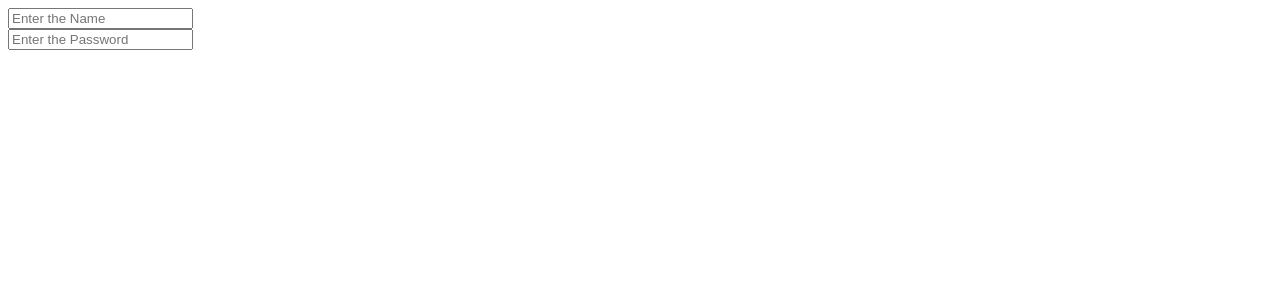
Repository: RishabhUmredkar/Adv-Java
Page: ServletMethods/src/main/webapp/index.html
These files come from the project's save history. The page is drawn as it stood at one moment and after the next save; the edit follows.
The browser window is 1280 px wide. The pictures show the whole page.

Above is the page before, as saved 2025-01-13 19:04:58.

After the next save:
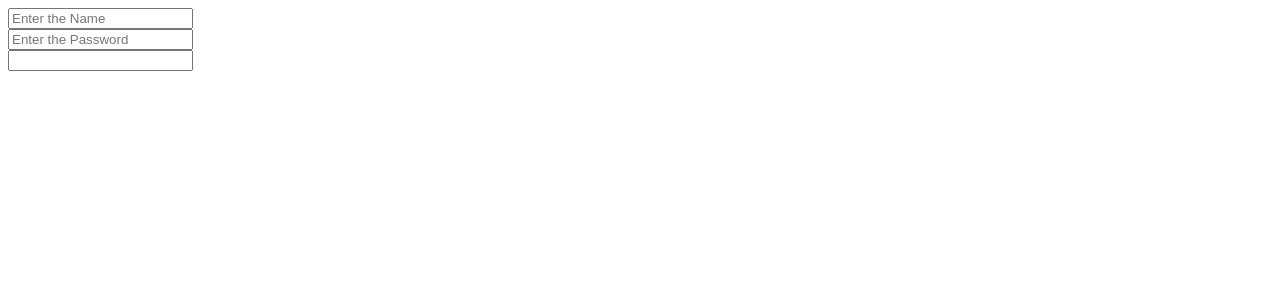
Saved 8 s later.
--- a/ServletMethods/src/main/webapp/index.html
+++ b/ServletMethods/src/main/webapp/index.html
@@ -8,7 +8,7 @@
 <form action="">
 <input type="text" name = "user" placeholder="Enter the Name"><br>
 <input type="text" name = "pass" placeholder="Enter the Password"><br>
-
+<input type="s">
 </form>
 </body>
 </html>
